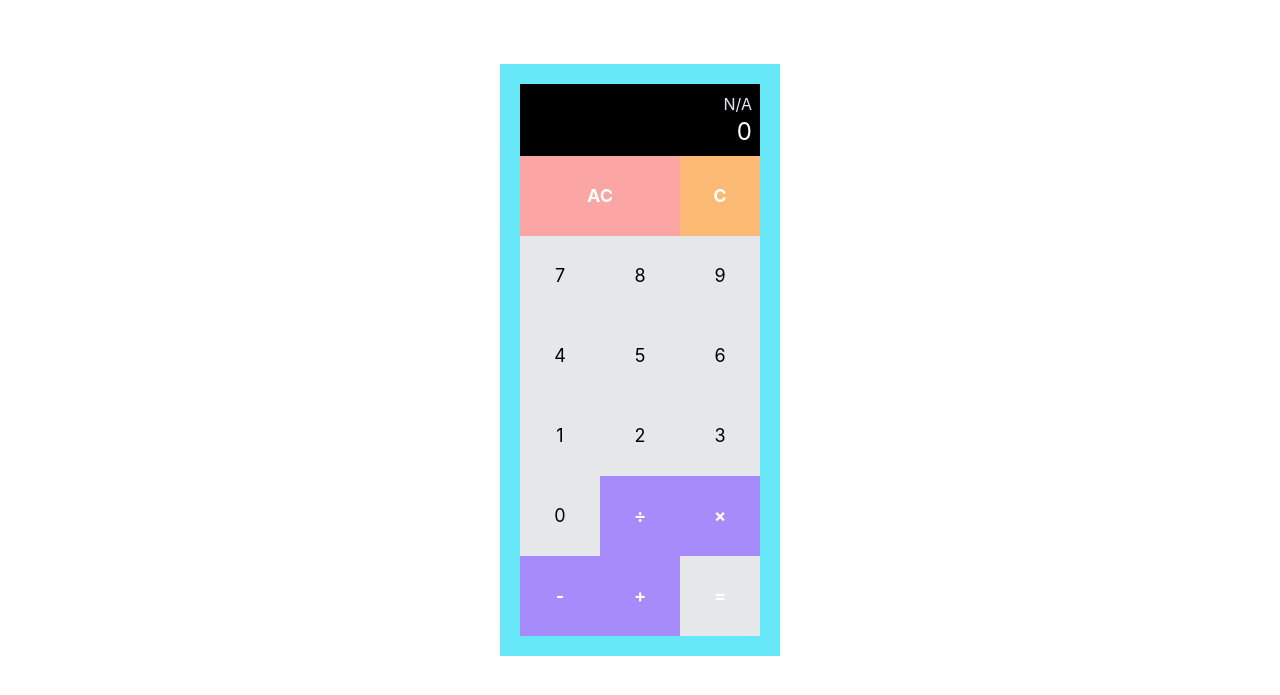
Repository: BrianPhamDev/calculator_app
Page: /
The author's editor kept a copy of each file at every save. The page is drawn from the files as they stood at one save, then again after the next save.
The browser window is 1280 px wide. The pictures show the whole page.
The project was rebuilt for these pictures with package versions that can differ from the ones it lists, and the page was loaded fresh each time. Also part of the build but not shown: vite.config.js.

Above is the page before, as saved 2024-01-09 14:48:55.

After the next save:
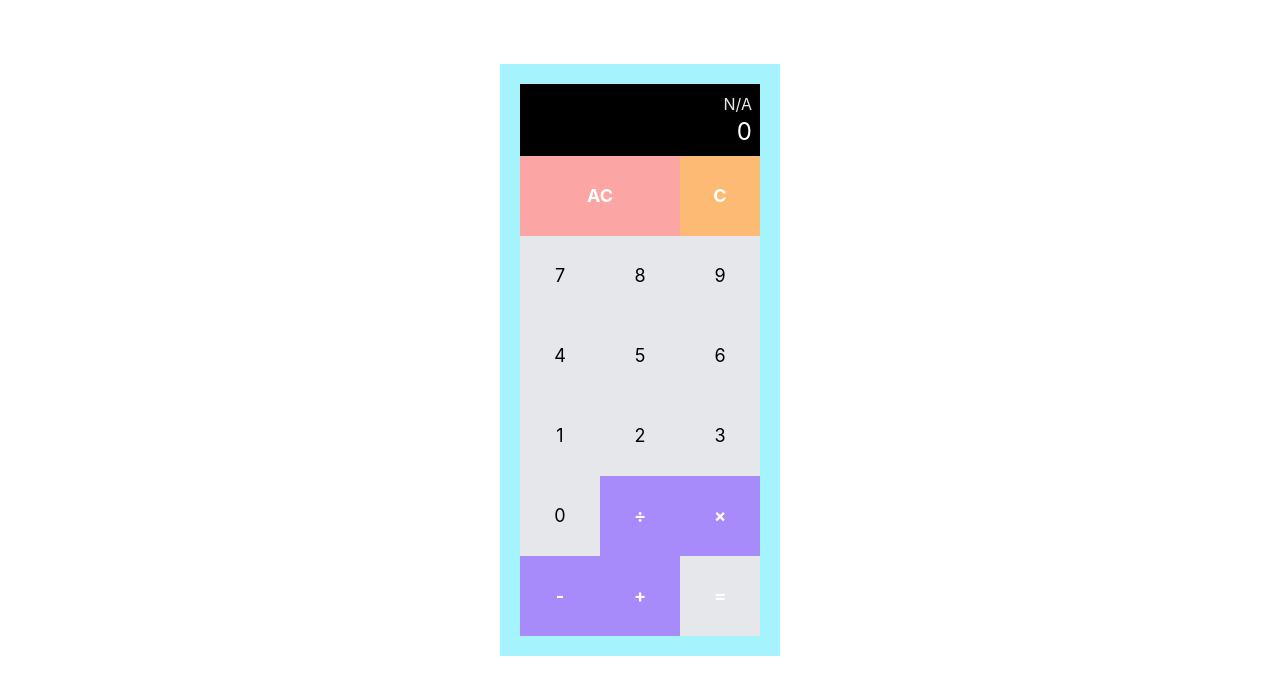
Saved 12 s later.
--- a/src/components/Calculator.jsx
+++ b/src/components/Calculator.jsx
@@ -16,7 +16,7 @@ const Calculator = () => {
   const [{ current, previous, operation }, dispatch] = useReducer(reducer, {});
 
   return (
-    <div className="border-[20px] border-cyan-300">
+    <div className="border-[20px] border-cyan-200">
       <div className="w-60 h-fit bg-black text-white flex flex-col items-end justify-around p-2 break-words break-all">
         <div className="previous text-gray-200">{previous || "N/A"}</div>
         <div className="current text-2xl">{current || "0"}</div>
